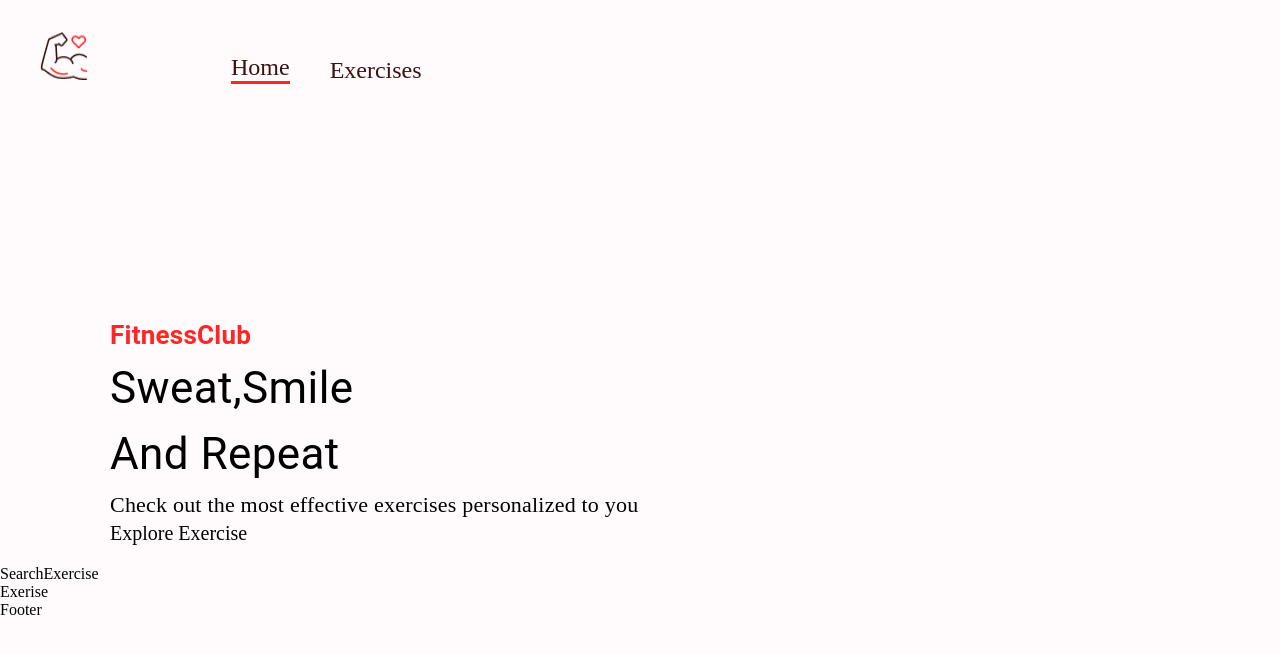
Repository: OmniaRafat232111121/Fitness
Page: /
The author's editor kept a copy of each file at every save. The page is drawn from the files as they stood at one save, then again after a run of saves.
The browser window is 1280 px wide. The pictures show the whole page.
The project was rebuilt for these pictures with package versions that can differ from the ones it lists, and the page was loaded fresh each time. Also part of the build but not shown: src/Pags/ExerciseDetail.js.

Above is the page before, as saved 2022-07-14 00:40:34.

### src/index.js
import React from 'react';
import ReactDOM from 'react-dom/client';
import {
  BrowserRouter,

} from 'react-router-dom';
import App from './App';


const root = ReactDOM.createRoot(document.getElementById('root'));
root.render(
  <BrowserRouter >
  <App />
  </BrowserRouter>


);

### src/App.js
import React from 'react'
import {Route,Routes} from"react-router-dom"
import {Box} from'@mui/material'
import './App.css'
import Navbar from './components/Navbar'
import Home from './Pags/Home'
import ExerciseDetail from './Pags/ExerciseDetail'
import Footer from './components/Footer'
const App = () => {
  return (
<Box width ="400px" sx={{width:{xl:'1488px'}}} m="auto">
<Navbar />
<Routes>
<Route path="/"  element={<Home/>}/>
<Route path="/exercise:id"  element={<ExerciseDetail />}/>
</Routes>
<Footer />
</Box>
  )
}

export default App

### src/components/Navbar.js
import React from 'react'
import {Link} from 'react-router-dom'
import {Stack} from '@mui/material'
import Logo from '../assets/images/Logo.png'
const Navbar = () => (

    <Stack direction="row" justifyContent="space-around" sx={{ gap: { sm: '123px', xs: '40px' }, mt: { sm: '32px', xs: '20px' }, justifyContent: 'none' }} px="20px">
    <Link to="/">
      <img src={Logo} alt="logo" style={{ width: '48px', height: '48px', margin: '0px 20px' }} />
    </Link>
    <Stack
      direction="row"
      gap="40px"
      fontFamily="Alegreya"
      fontSize="24px"
      alignItems="flex-end"
    >
      <Link to="/" style={{ textDecoration: 'none', color: '#3A1212', borderBottom: '3px solid #FF2625' }}>Home</Link>
      <a href="#exercises" style={{ textDecoration: 'none', color: '#3A1212' }}>Exercises</a>
    </Stack>
  </Stack>
  );


export default Navbar

### src/Pags/Home.js
import React from 'react'
import {Box} from '@mui/material'
import HeroBanner from '../components/HeroBanner'
import SearchExercise from '../components/SearchExercise'
import Exerise from '../components/Exerise'
const Home = () => {
  return (
  <Box>
  <HeroBanner />
   <SearchExercise />
   <Exerise />
  </Box>
  );
}

export default Home

### src/components/HeroBanner.js
import React from 'react'
import {Box,Stack,Typography} from '@mui/material'
const HeroBanner = () => {
  return (
   <Box sx={{
    mt:{lg:'212px',xs:'70px'},
    ml:{sm:'90px'}
   }} position="realtive"  p="20px">
   <Typography color="#FF2625" fontWeight="600" fontSize="26px">FitnessClub</Typography>
   <Typography fontweight={700} sx={{fontSize:{lg:'44px',xs:'40px'}}}> Sweat,Smile<br />
   And Repeat  </Typography>
 <Typography style={{fontSize:'22px' ,fontFamily:"Alegreya", lineHeight:"35px"}}>
   Check out the most effective exercises personalized to you
   </Typography>

   <Stack>
   <a style={{backgroundcolor:"#FF2625", fontWeight:"600px",fontSize:'20px'}} sx={{opacity:'0.1',display:{lg:'block',xs:'none'}}}>Explore Exercise</a>
   </Stack>
   </Box>
  )
}

export default HeroBanner

### src/components/SearchExercise.js
import React from 'react'

const SearchExercise = () => {
  return (
    <div>SearchExercise</div>
  )
}

export default SearchExercise

### src/components/Exerise.js
import React from 'react'

const Exerise = () => {
  return (
    <div>Exerise</div>
  )
}

export default Exerise

Loaded but not shown: public/index.html (common file); src/App.css (common file); src/components/Footer.js (common file)

After the next 2 saves:
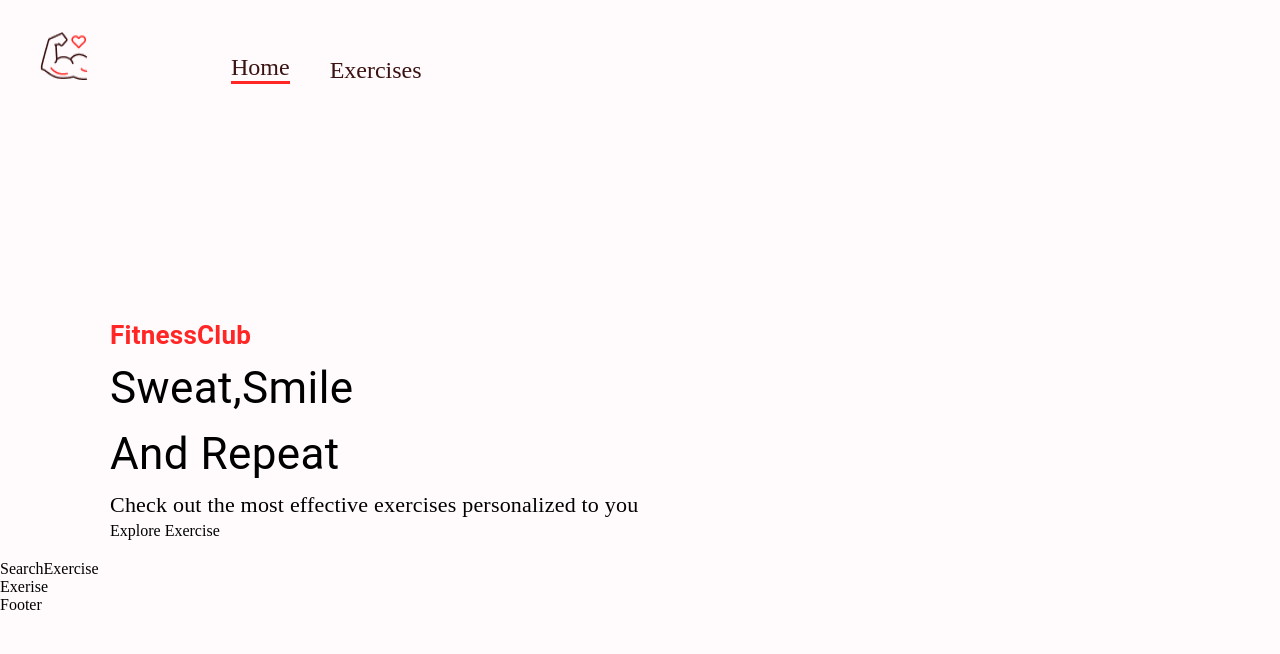
The 2 saves are shown as one change because they came seconds apart.
The last was saved 119 s later.
--- a/src/components/HeroBanner.js
+++ b/src/components/HeroBanner.js
@@ -14,7 +14,7 @@
    </Typography>
 
    <Stack>
-   <a style={{backgroundcolor:"#FF2625", fontWeight:"600px",fontSize:'20px'}} sx={{opacity:'0.1',display:{lg:'block',xs:'none'}}}>Explore Exercise</a>
+   <a style={{backgroundcolor:"#FF2625", fontWeight:"600px",fontsize:'20px'}} sx={{opacity:'0.1',display:{lg:'block',xs:'none'}}}>Explore Exercise</a>
    </Stack>
    </Box>
   )

After the 2 saves that followed:
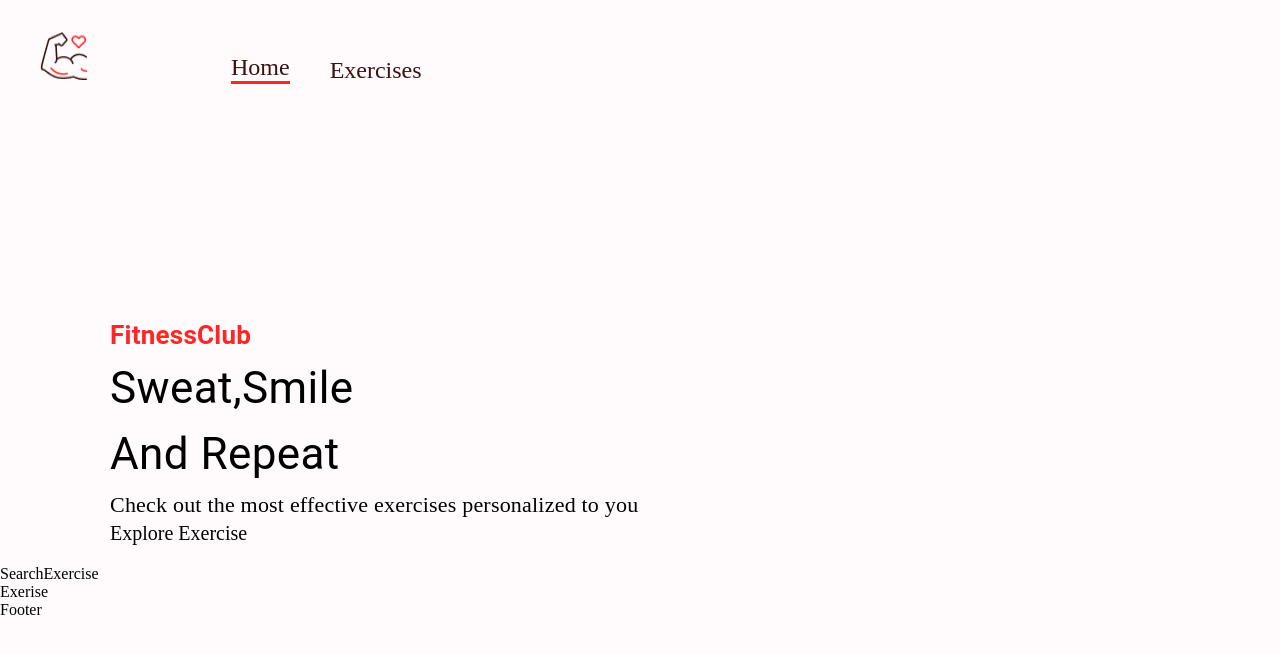
The 2 saves are shown as one change because they came seconds apart.
The last was saved 10 s later.
--- a/src/components/HeroBanner.js
+++ b/src/components/HeroBanner.js
@@ -14,7 +14,7 @@
    </Typography>
 
    <Stack>
-   <a style={{backgroundcolor:"#FF2625", fontWeight:"600px",fontsize:'20px'}} sx={{opacity:'0.1',display:{lg:'block',xs:'none'}}}>Explore Exercise</a>
+   <a style={{backgroundcolor:"#FF2625", fontWeight:"600px",fontSize:'20px'}} sx={{opacity:'0.1',display:{lg:'block',xs:'none'}}}>Explore Exercise</a>
    </Stack>
    </Box>
   )
